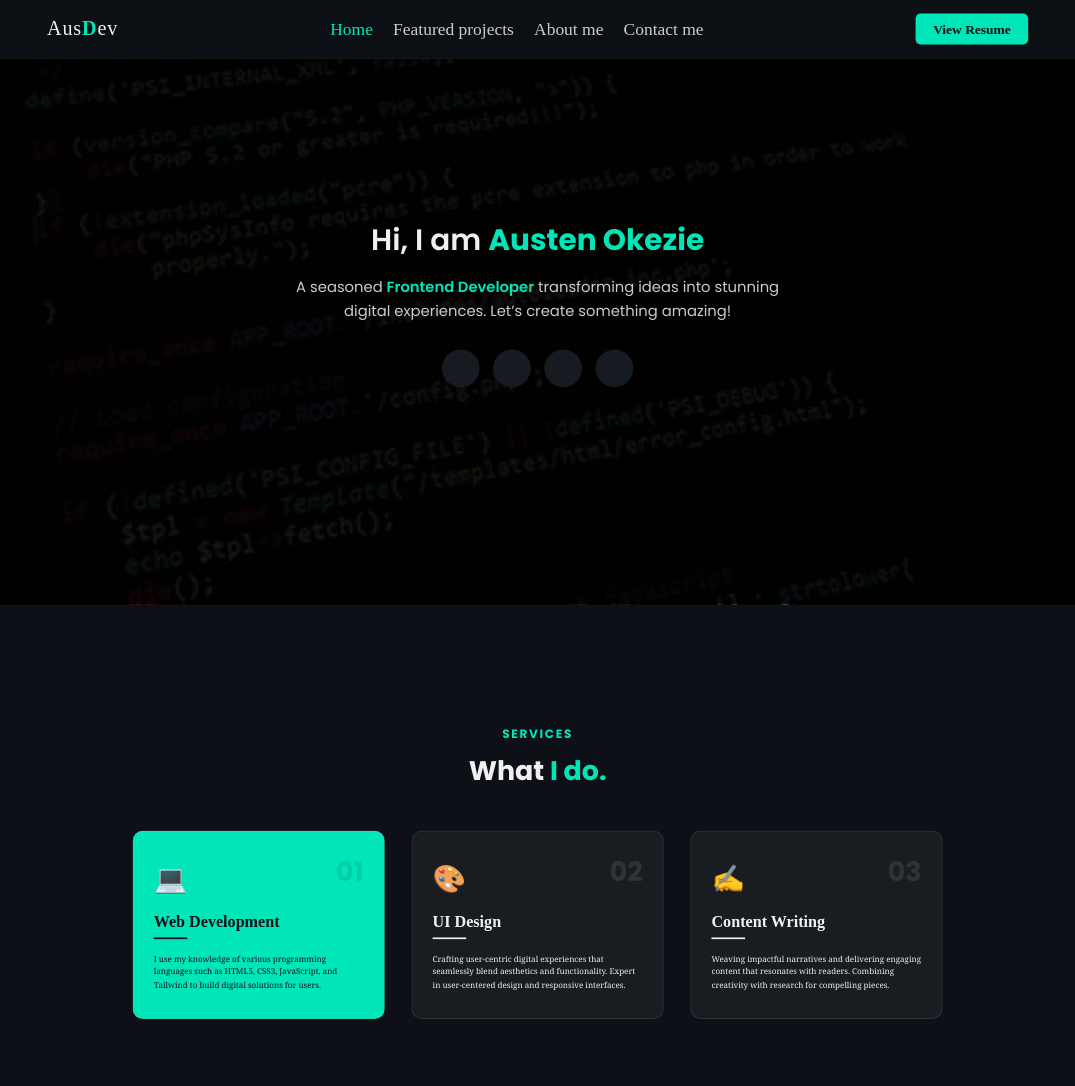
Repository: Austinokezie/Myportfolio
Page: index.html
The author's editor kept a copy of each file at every save. The page is drawn from the files as they stood at one save, then again after the next save.
The browser window is 1280 px wide. The pictures show the whole page, at 84% of full size.
Some web fonts or font styles are not loaded; a fallback is used.

Above is the page before, as saved 2025-10-14 14:19:53.

After the next save:
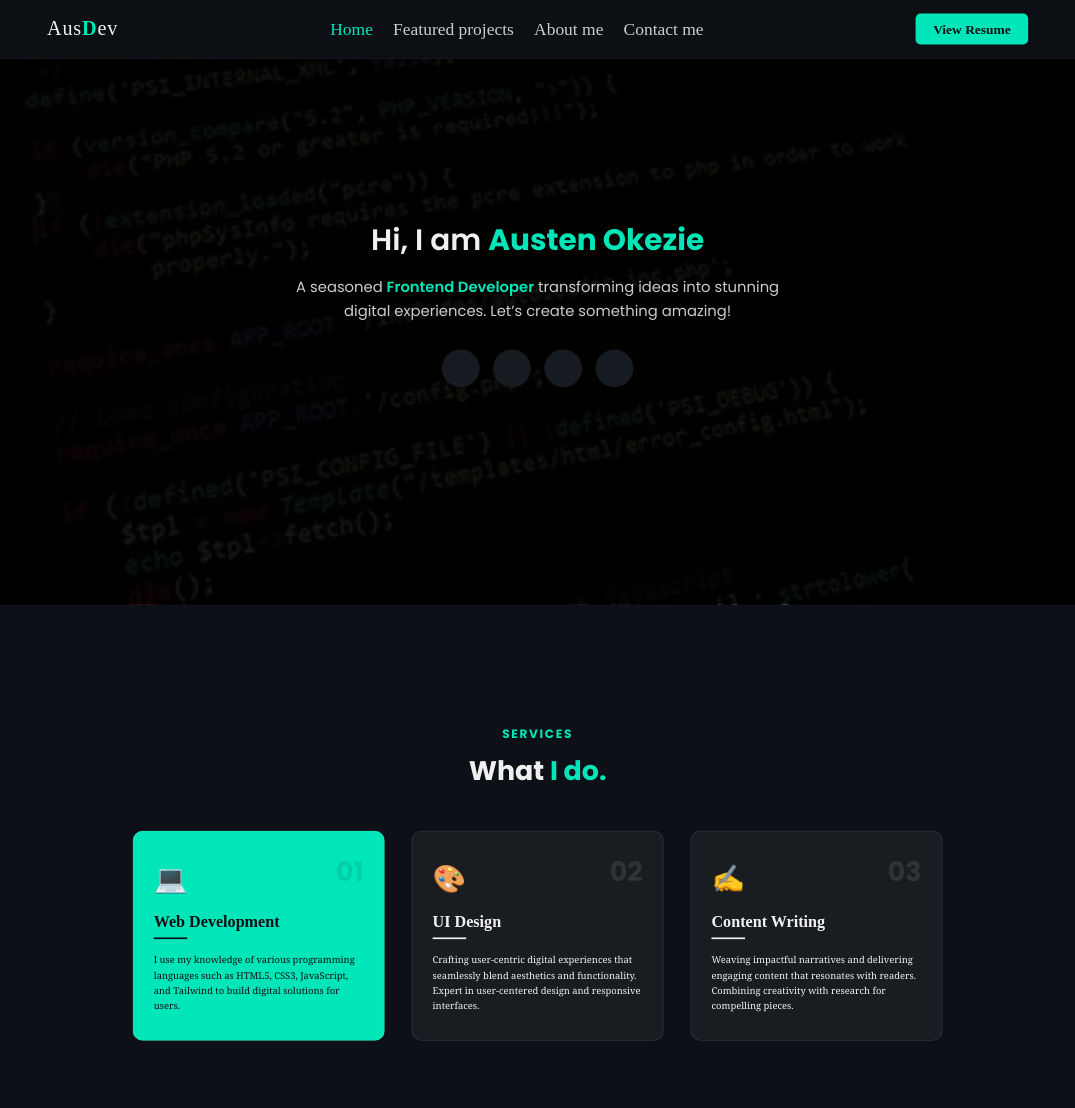
Saved 3 min 56 s later.
--- a/style.css
+++ b/style.css
@@ -338,7 +338,7 @@ header {
 }
 
 .service-card p {
-  font-size: 0.6rem;
+  font-size: 0.7rem;
   line-height: 1.6;
   font-family: Georgia, 'Times New Roman', Times, serif;
 }
